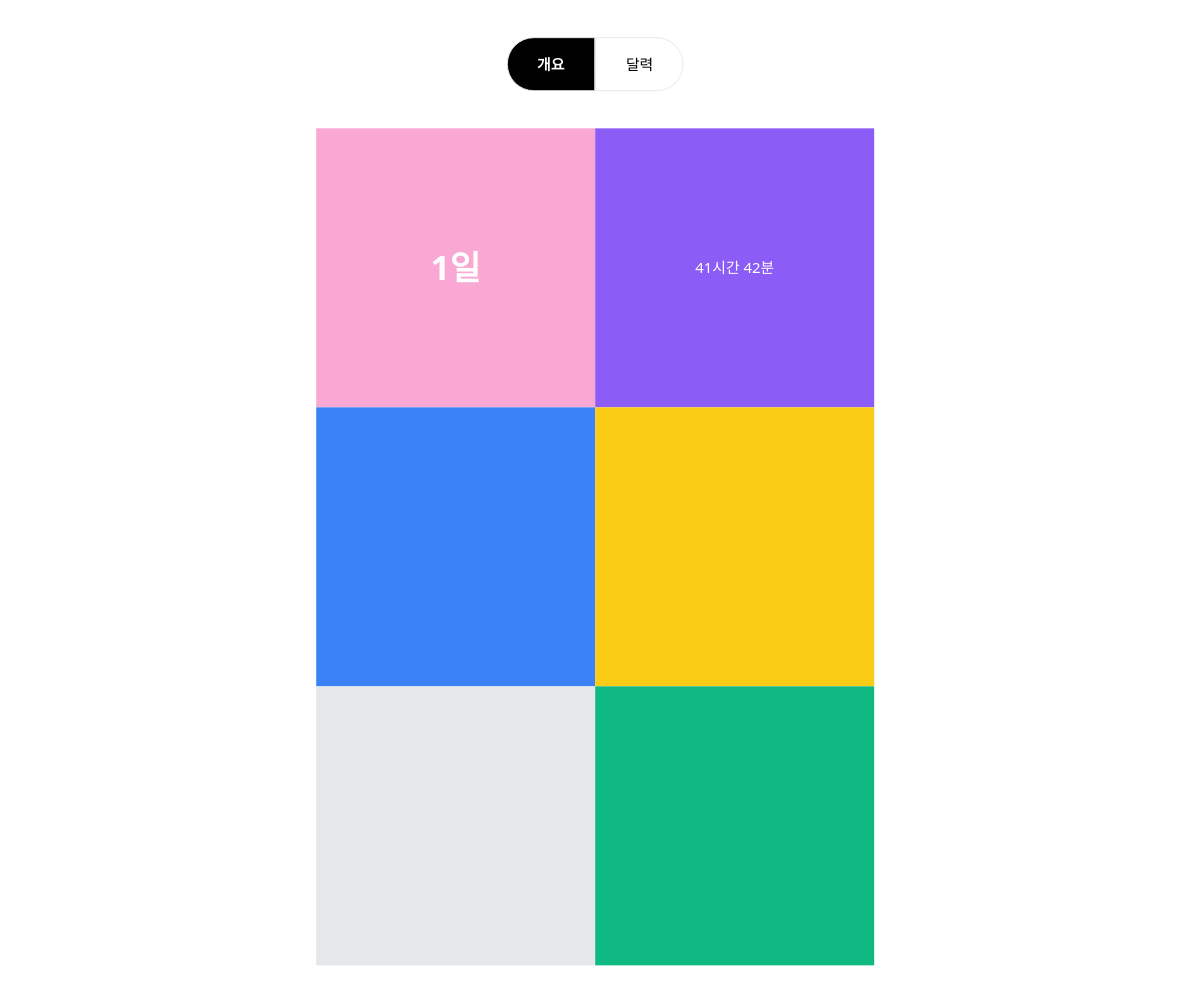
Repository: honey-punch/my-alcohol
Page: /
The author's editor kept a copy of each file at every save. The page is drawn from the files as they stood at one save, then again after the next save.
The browser window is 1280 px wide. The pictures show the whole page, at 93% of full size.
The project was rebuilt for these pictures with package versions that can differ from the ones it lists, and the page was loaded fresh each time. The framework's server and built-in components were replaced by stand-ins that run in the browser. Also part of the build but not shown: next.config.ts, src/app/_component/Calendar.tsx.

Above is the page before, as saved 2025-02-10 15:48:46.

After the next save:
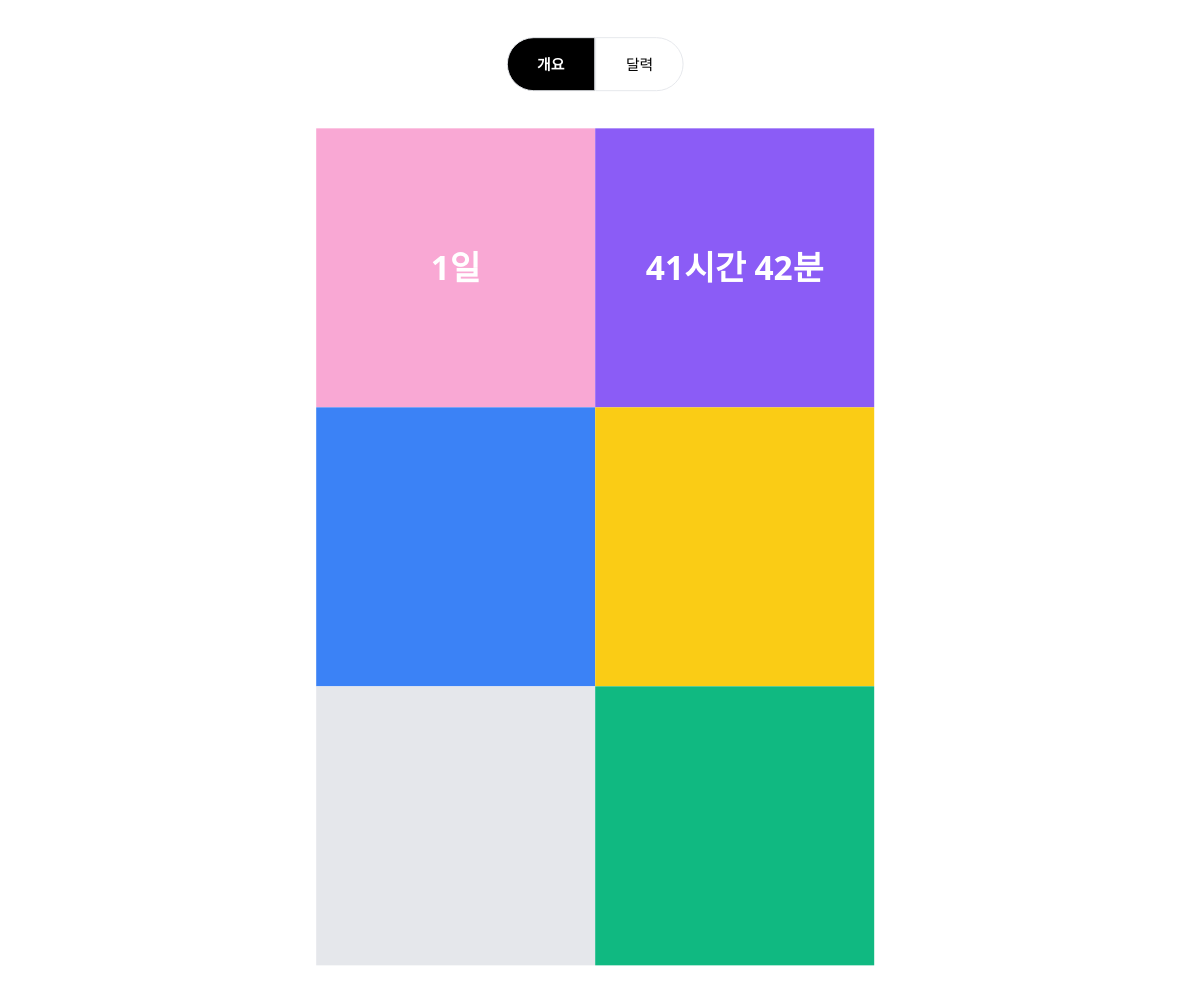
Saved 11 s later.
--- a/src/app/_component/Summary.tsx
+++ b/src/app/_component/Summary.tsx
@@ -34,25 +34,25 @@ export default function Summary() {
       </div>
       <div
         style={{ width: `${BOX_SIZE}px`, height: BOX_SIZE }}
-        className="bg-violet-500 text-white flex justify-center items-center"
+        className="bg-violet-500 text-white flex justify-center items-center text-4xl font-bold"
       >
         {getTimeDiff()}
       </div>
       <div
         style={{ width: `${BOX_SIZE}px`, height: BOX_SIZE }}
-        className="bg-blue-500 text-white flex justify-center items-center"
+        className="bg-blue-500 text-white flex justify-center items-center text-4xl font-bold"
       ></div>
       <div
         style={{ width: `${BOX_SIZE}px`, height: BOX_SIZE }}
-        className="bg-yellow-400 text-white flex justify-center items-center"
+        className="bg-yellow-400 text-white flex justify-center items-center text-4xl font-bold"
       ></div>
       <div
         style={{ width: `${BOX_SIZE}px`, height: BOX_SIZE }}
-        className="bg-gray-200 text-white flex justify-center items-center"
+        className="bg-gray-200 text-white flex justify-center items-center text-4xl font-bold"
       ></div>
       <div
         style={{ width: `${BOX_SIZE}px`, height: BOX_SIZE }}
-        className="bg-emerald-500 text-white flex justify-center items-center"
+        className="bg-emerald-500 text-white flex justify-center items-center text-4xl font-bold"
       ></div>
     </div>
   );
